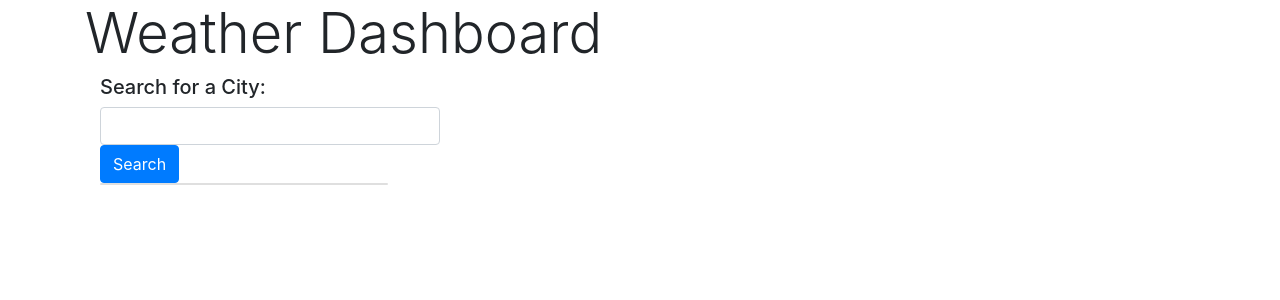
Repository: LaBrewT2/weather-dashboard
Page: index.html
The author's editor kept a copy of each file at every save. The page is drawn from the files as they stood at one save, then again after a run of saves.
The browser window is 1280 px wide. The pictures show the whole page.
Some web libraries are served in a nearby version.

Above is the page before, as saved 2021-01-03 19:22:51.

After the next 3 saves:
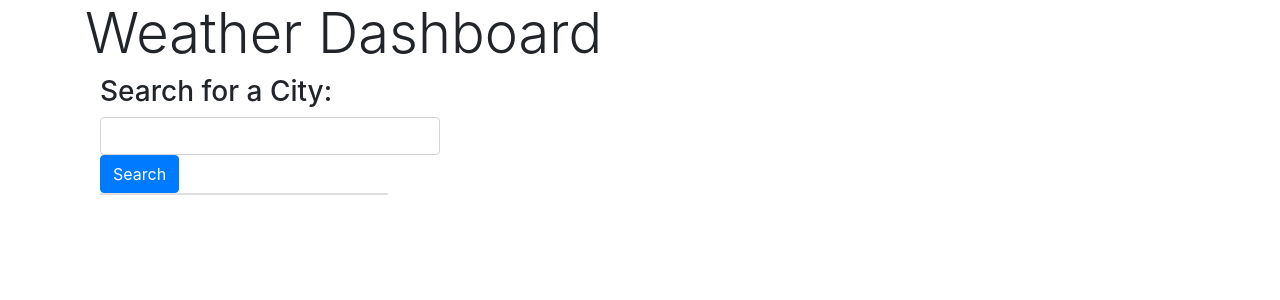
The 3 saves are shown as one change because they came seconds apart.
The last was saved 55 s later.
--- a/index.html
+++ b/index.html
@@ -26,7 +26,7 @@
   <div class="col-4" id = "searchBlock">
 
 
-    <h5>Search for a City:</h5>
+    <h3>Search for a City:</h3>
     <span id="error"></span>
     <input type="text" class="form-control" id="city" aria-describedby="basic-addon3">
     <input class="btn btn-primary" id="search" type="submit" value="Search">
